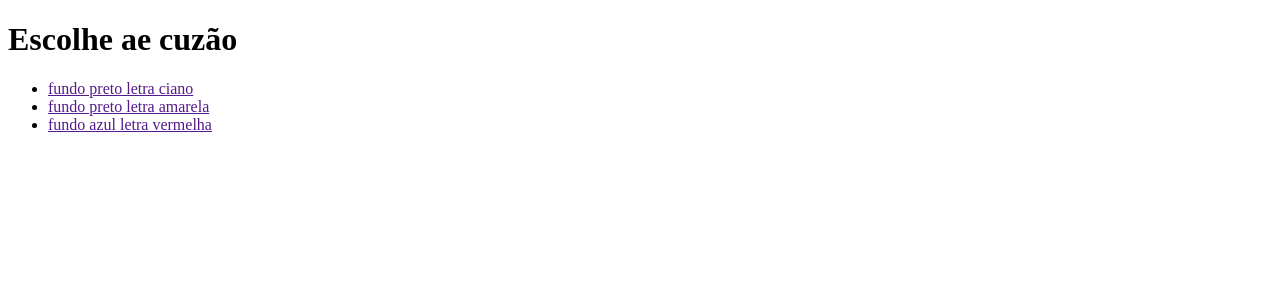
Repository: Leonngc/html-css
Page: ex024/otarios.html
These files come from the project's save history. The page is drawn as it stood at one moment and after a run of saves; the edit follows.
The browser window is 1280 px wide. The pictures show the whole page.

Above is the page before, as saved 2022-11-15 18:41:04.

After the next 2 saves:
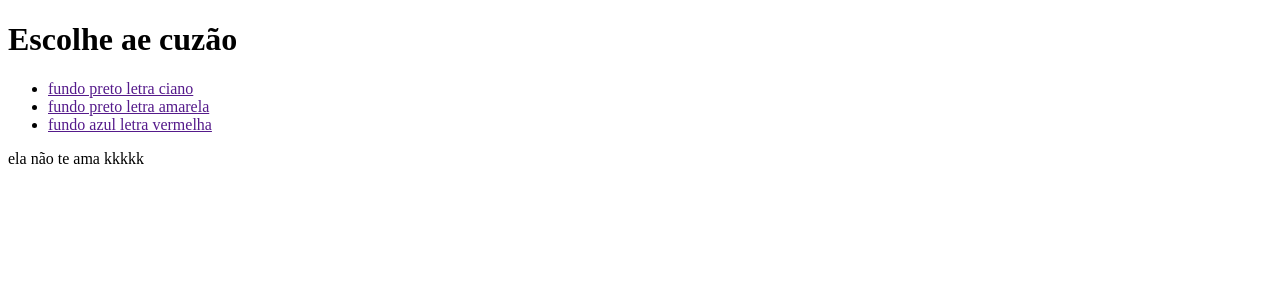
The 2 saves are shown as one change because they came seconds apart.
The last was saved 13 s later.
--- a/ex024/otarios.html
+++ b/ex024/otarios.html
@@ -14,6 +14,6 @@
         <li><a href="">fundo azul letra vermelha</a></li>
     </ul>
 
-
+    <p>ela não te ama kkkkk</p>
 </body>
 </html>
